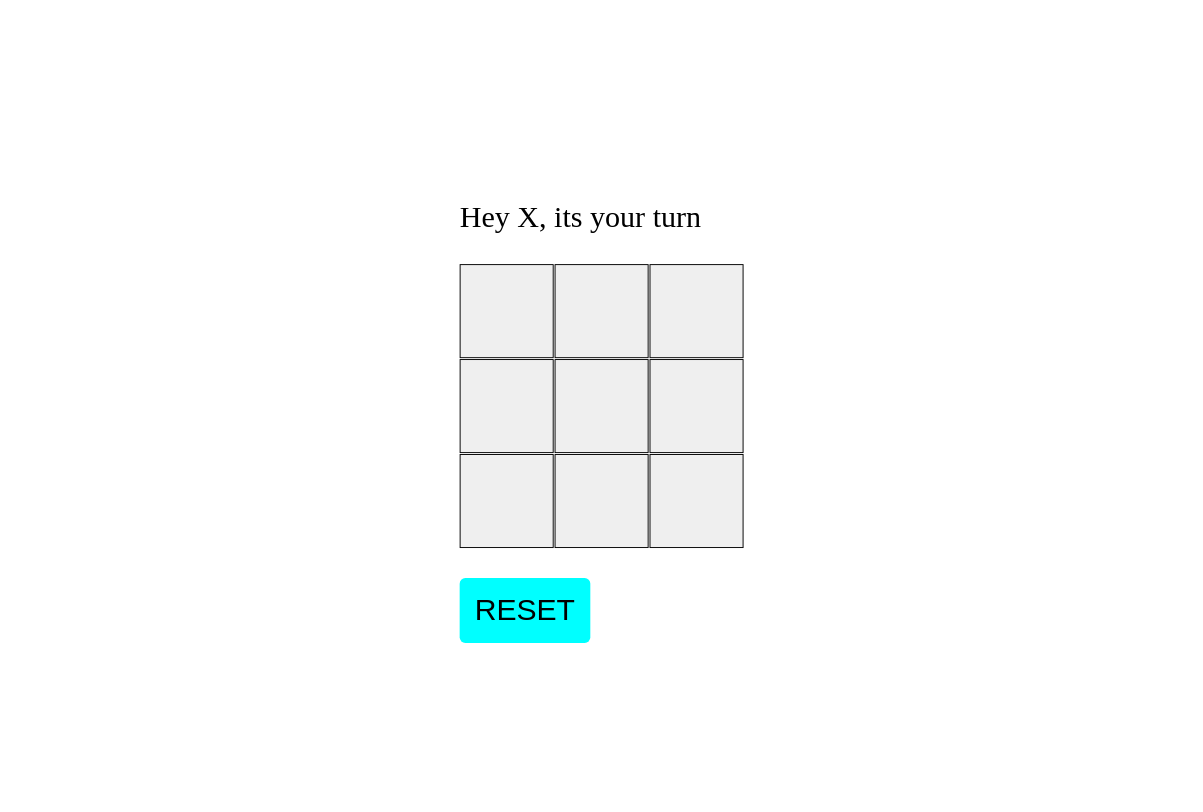
Repository: Ellisvelandia/tic-tac-toe
Page: /
An editor plug-in stored every save of this project. The page is shown before and after the next save, followed by the edit.
The browser window is 1280 px wide. The pictures show the whole page, at 94% of full size.
The project was rebuilt for these pictures with package versions that can differ from the ones it lists, and the page was loaded fresh each time. The framework's server and built-in components were replaced by stand-ins that run in the browser. Also part of the build but not shown: next.config.js.

Above is the page before, as saved 2022-09-06 21:04:59.

### pages/index.tsx
import type { NextPage } from "next";
import Head from "next/head";
import styles from "../styles/Home.module.css";
import Board from "../containers/Board"

const Home: NextPage = () => {
  return (
    <div className={styles.container}>
      <Head>
        <title> Tic TAC Toc</title>
        <meta name="description" content="Generated by create next app" />
        <link rel="icon" href="/favicon.ico" />
      </Head>

      <main className={styles.main}>
        <Board />
      </main>
    </div>
  );
};

export default Home;

### styles/globals.css
.grid {
  display: grid;
  place-content: center;
  grid-gap: 1px;
  grid-template-columns: repeat(3, 1fr);
}

.square {
  width: 100px;
  height: 100px;
  font-size: 5rem;
  color: #e8e5e5;
  border: solid 1px black;
}

.square_o {
  background-color: rgb(87, 218, 21);
}

.square_x {
  background-color: crimson;
}

.reset {
  margin-top: 2rem;
  font-size: 2rem;
  background-color: aqua;
  border: none;
  border-radius: 6px;
  padding: 1rem;
  cursor: pointer;
}

p {
  font-size: 2rem;
}

### styles/Home.module.css
.main {
  min-height: 100vh;
  padding: 4rem 0;
  flex: 1;
  display: flex;
  flex-direction: column;
  justify-content: center;
  align-items: center;
}

### containers/Board.tsx
import { useEffect, useState } from "react";
import Square from "../components/Square";
type Player = "X" | "O" | "BOTH" | null;

function calculateWinner(squares: Player[]) {
  const lines = [
    [0, 1, 2],
    [3, 4, 5],
    [6, 7, 8],
    [0, 3, 6],
    [1, 4, 7],
    [2, 5, 8],
    [0, 4, 8],
    [2, 4, 6],
  ];
  for (let i = 0; i < lines.length; i++) {
    const [a, b, c] = lines[i];
    if (squares[a] && squares[a] === squares[b] && squares[a] === squares[c]) {
      return squares[a];
    }
  }
  return null;
}

function Board() {
  const [squares, setSquares] = useState(Array(9).fill(null));
  const [currentPlayer, setCurrentPlayer] = useState<"X" | "O">(
    Math.round(Math.random() * 1) === 1 ? "X" : "O"
  );
  const [winner, setWinner] = useState<Player>(null);

  function reset() {
    setSquares(Array(9).fill(null));
    setWinner(null);
    setCurrentPlayer(Math.round(Math.random() * 1) === 1 ? "X" : "O");
  }

  function setSquareValue(index: number) {
    const newData = squares.map((val, i) => {
      if (i === index) {
        return currentPlayer;
      }
      return val;
    });
    setSquares(newData);
    setCurrentPlayer(currentPlayer === "X" ? "O" : "X");
  }

  useEffect(() => {
    const w = calculateWinner(squares);
    if (w) {
      setWinner(w);
    }

    if (!w && !squares.filter((square) => !square).length) {
      setWinner("BOTH");
    }
  });

  return (
    <div>
      {!winner && <p>Hey {currentPlayer}, its your turn</p>}
      {winner && winner !== "BOTH" && <p>Congratulations {winner}</p>}
      {winner && winner === "BOTH" && (
        <p>Congratulations you are both winners</p>
      )}

      <div className="grid">
        {Array(9)
          .fill(null)
          .map((_, i) => {
            return (
              <Square
                winner={winner}
                key={i}
                onClick={() => setSquareValue(i)}
                value={squares[i]}
              />
            );
          })}
      </div>
      <button className="reset" onClick={reset}>
        RESET
      </button>
    </div>
  );
}

export default Board;

### components/Square.tsx
type Player = "X" | "O" | "BOTH" | null;

function Square({
  value,
  onClick,
  winner,
}: {
  winner: Player;
  value: Player;
  onClick: () => void;
}) {
  if (!value) {
    return (
      <button className="square" onClick={onClick} disabled={Boolean(winner)} />
    );
  }
  return (
    <button className={`square square_${value.toLocaleLowerCase()}`} disabled>
      {value}
    </button>
  );
}

export default Square;

Loaded but not shown: pages/_app.tsx (common file)

After the next save:
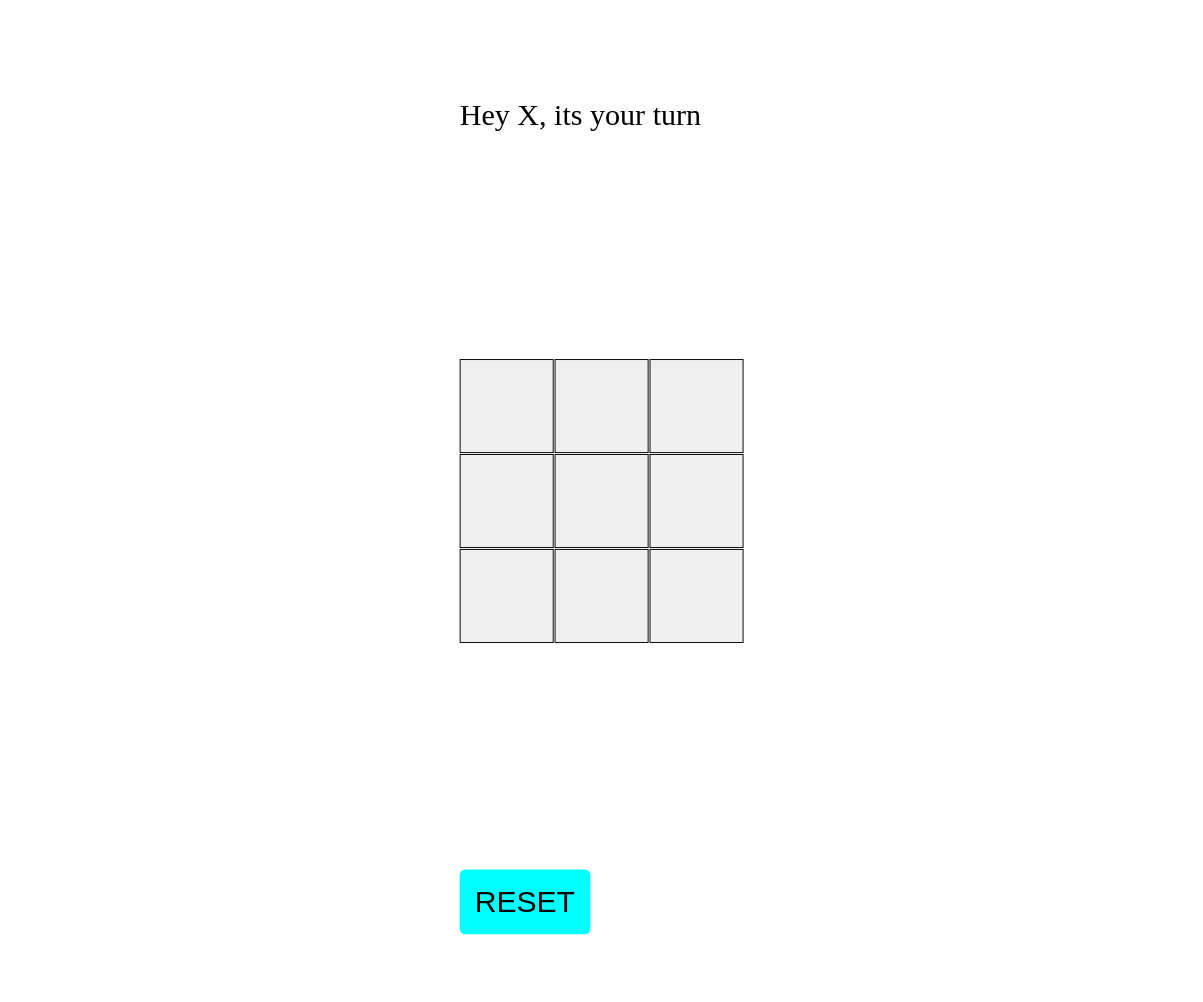
Saved 14 s later.
--- a/styles/globals.css
+++ b/styles/globals.css
@@ -2,6 +2,8 @@
   display: grid;
   place-content: center;
   grid-gap: 1px;
+  height: 100vh;
+  max-width: 100%;
   grid-template-columns: repeat(3, 1fr);
 }
 

After the 6 saves that followed:
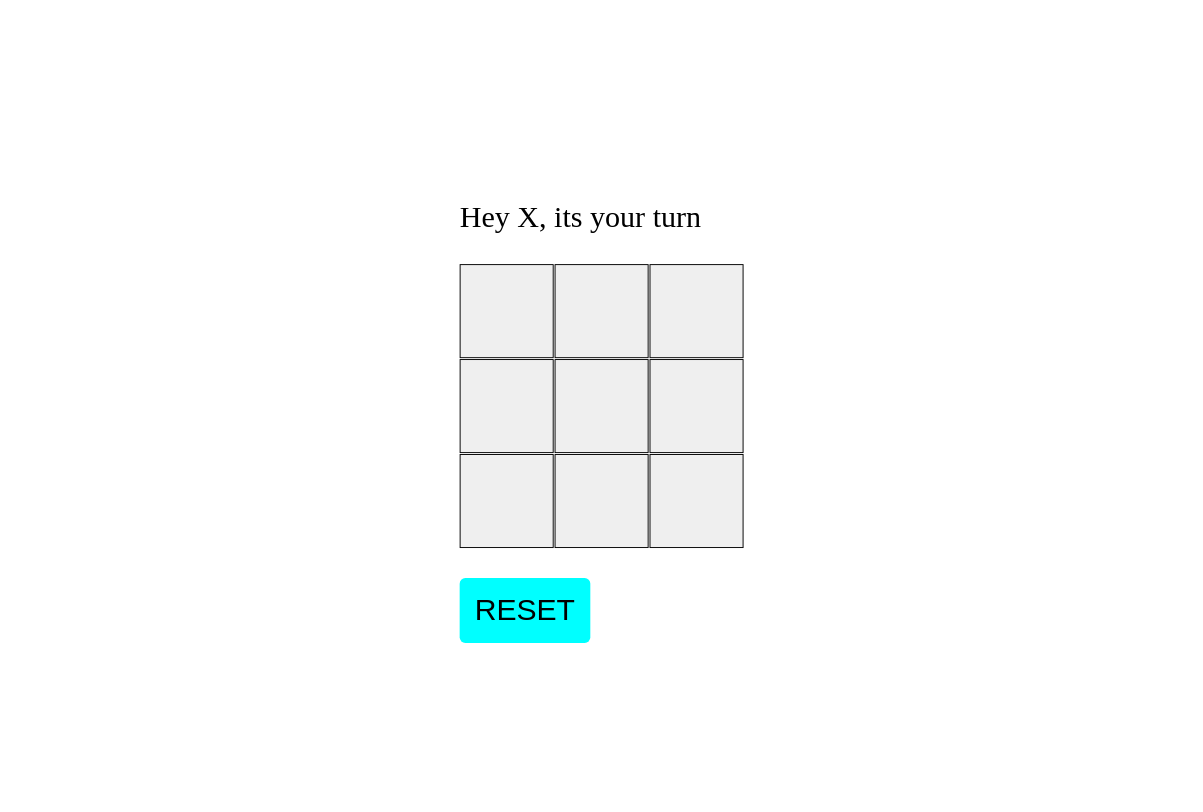
The 6 saves are shown as one change because 4 left the picture as it was and some came seconds apart.
The last was saved 40 s later.
--- a/styles/globals.css
+++ b/styles/globals.css
@@ -2,8 +2,7 @@
   display: grid;
   place-content: center;
   grid-gap: 1px;
-  height: 100vh;
-  max-width: 100%;
+  margin: 0;
   grid-template-columns: repeat(3, 1fr);
 }
 
